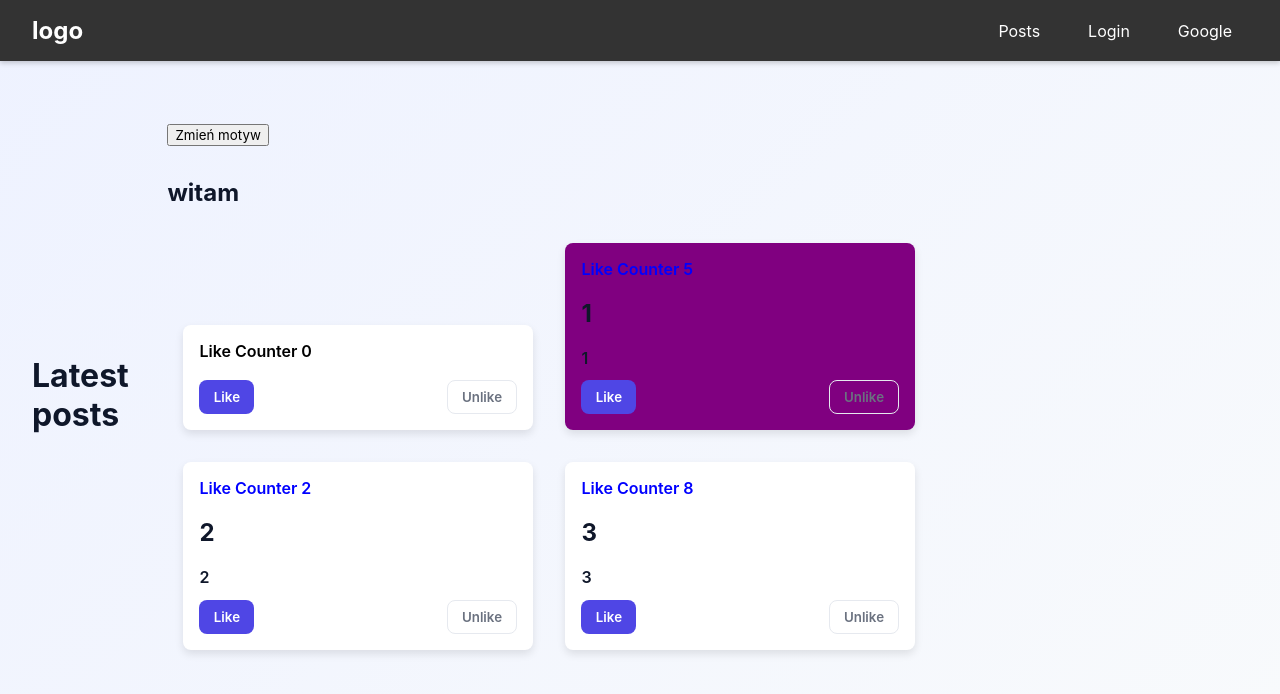
Repository: KrystianTrzy/reactapt
Page: /
An editor plug-in stored every save of this project. The page is shown before and after the next save, followed by the edit.
The browser window is 1280 px wide. The pictures show the whole page.
The project was rebuilt for these pictures with package versions that can differ from the ones it lists, and the page was loaded fresh each time. Also part of the build but not shown: src/pages/login.js, src/pages/postdetail/postdetail.js, src/pages/dashboard/dashboard.css, src/pages/dashboard/dashboard.js.

Above is the page before, as saved 2025-11-22 13:39:42.

After the next save:
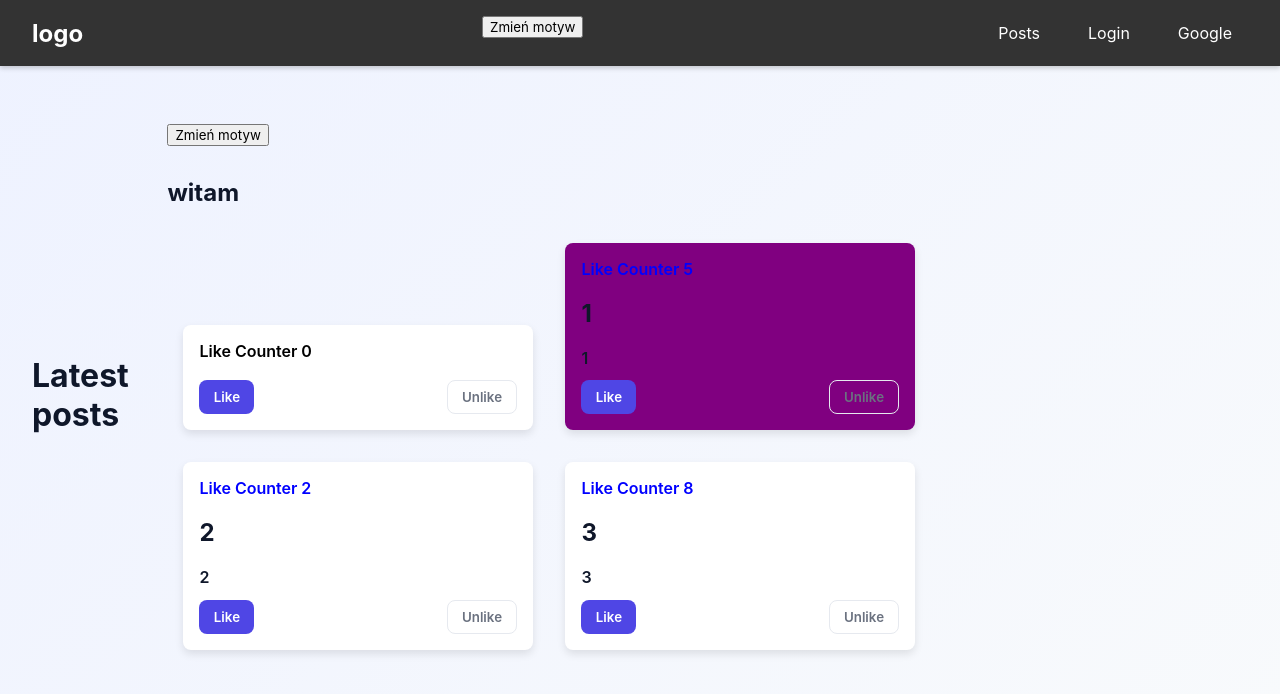
Saved 10 min 51 s later.
--- a/src/components/nav/nav.js
+++ b/src/components/nav/nav.js
@@ -1,6 +1,7 @@
 import "./nav.css";
 import { Link } from "react-router-dom";
 import { useLocation } from "react-router-dom";
+import ThemeToggleButton from "../ThemeToggleButton";
 
 function Nav() {
   const location = useLocation();
@@ -8,7 +9,7 @@
   return islogin ? null : (
     <nav className="navbar">
       <span className="logo">logo</span>
-
+      <ThemeToggleButton />
       <div className="menu">
         <Link to="/posts">Posts</Link>
         <Link to="/login">Login</Link>

After the save that followed:
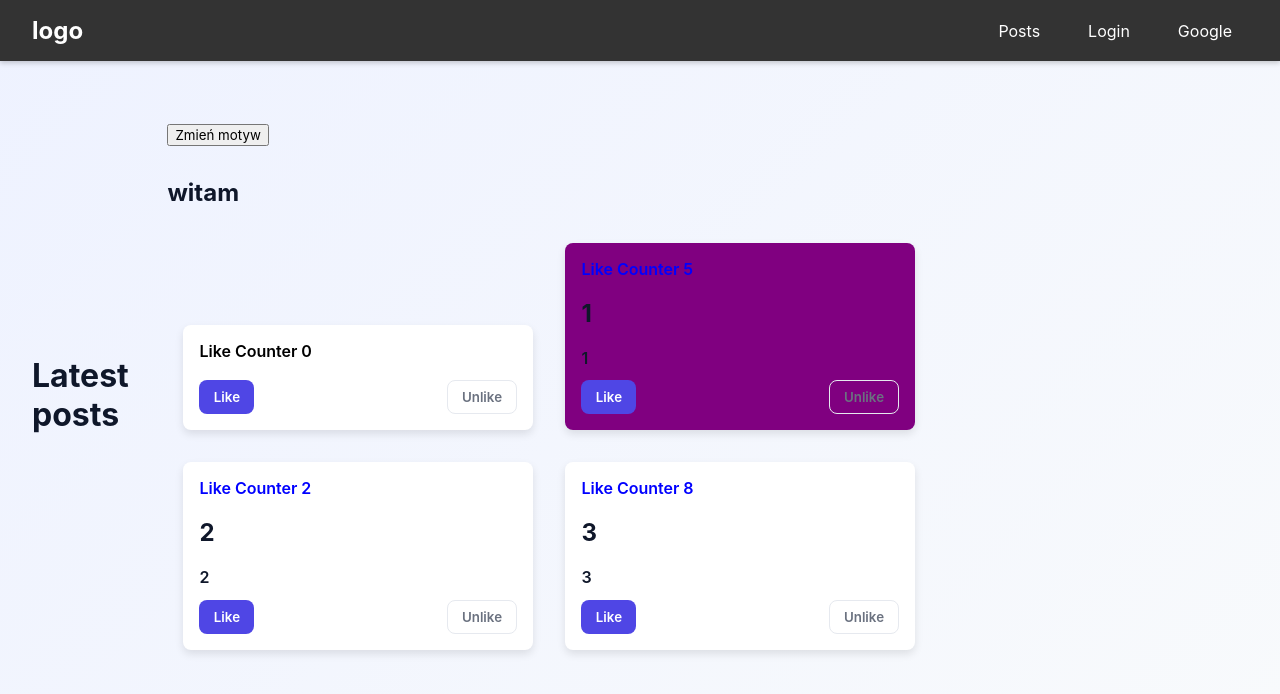
Saved 90 s later.
--- a/src/components/nav/nav.js
+++ b/src/components/nav/nav.js
@@ -1,7 +1,6 @@
 import "./nav.css";
 import { Link } from "react-router-dom";
 import { useLocation } from "react-router-dom";
-import ThemeToggleButton from "../ThemeToggleButton";
 
 function Nav() {
   const location = useLocation();
@@ -9,7 +8,7 @@
   return islogin ? null : (
     <nav className="navbar">
       <span className="logo">logo</span>
-      <ThemeToggleButton />
+
       <div className="menu">
         <Link to="/posts">Posts</Link>
         <Link to="/login">Login</Link>
